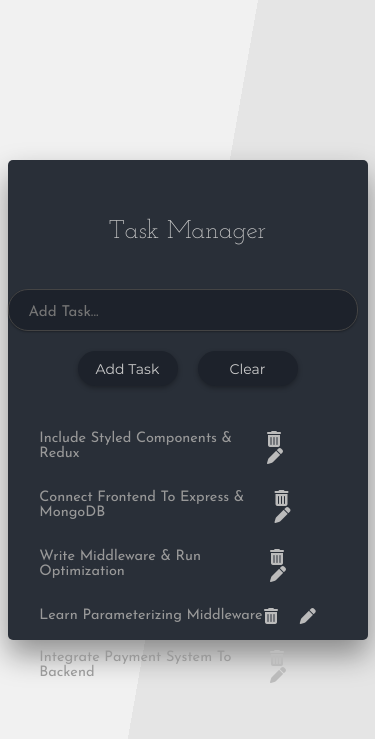
Repository: Kol124/react-task-manager
Page: /
These files come from the project's save history. The page is drawn as it stood at one moment and after the next save; the edit follows.
The browser window is 375 px wide. The pictures show the whole page.
Some web libraries are served in a nearby version. The project was rebuilt for these pictures with package versions that can differ from the ones it lists, and the page was loaded fresh each time.

Above is the page before, as saved 2021-06-22 20:29:59.

### public/index.html
<!DOCTYPE html>
<html lang="en">
  <head>
    <meta charset="utf-8" />
    <link rel="icon" href="%PUBLIC_URL%/favicon.ico" />
    <meta name="viewport" content="width=device-width, initial-scale=1" />
    <meta name="theme-color" content="#000000" />
    <meta
      name="description"
      content="Web site created using create-react-app"
    />
    <link rel="apple-touch-icon" href="%PUBLIC_URL%/logo192.png" />
    <!--
      manifest.json provides metadata used when your web app is installed on a
      user's mobile device or desktop. See https://developers.google.com/web/fundamentals/web-app-manifest/
    -->
    <link rel="manifest" href="%PUBLIC_URL%/manifest.json" />
    <!--
      Notice the use of %PUBLIC_URL% in the tags above.
      It will be replaced with the URL of the `public` folder during the build.
      Only files inside the `public` folder can be referenced from the HTML.

      Unlike "/favicon.ico" or "favicon.ico", "%PUBLIC_URL%/favicon.ico" will
      work correctly both with client-side routing and a non-root public URL.
      Learn how to configure a non-root public URL by running `npm run build`.
    -->
    <title>React App</title>
  </head>
  <body>
    <noscript>You need to enable JavaScript to run this app.</noscript>
    <div id="root"></div>
    <!--
      This HTML file is a template.
      If you open it directly in the browser, you will see an empty page.

      You can add webfonts, meta tags, or analytics to this file.
      The build step will place the bundled scripts into the <body> tag.

      To begin the development, run `npm start` or `yarn start`.
      To create a production bundle, use `npm run build` or `yarn build`.
    -->
  </body>
  <script
    src="https://kit.fontawesome.com/0a37ebcd2b.js"
    crossorigin="anonymous"
  ></script>
</html>

### src/App.js
import "./App.css";
import React from "react";
import Header from "./components/Header";
import TaskForm from "./components/TaskForm";
import TaskList from "./components/TaskList";
import TaskContextProvider from "./context/TaskContext";

function App() {
  return (
    <TaskContextProvider>
      <div className="container">
        <div className="app-wrapper">
          <Header />
          <div className="main">
            <TaskForm />
            <TaskList />
          </div>
        </div>
      </div>
    </TaskContextProvider>
  );
}

export default App;

### src/App.css
@import url("fonts.css");

* {
  margin: 0;
  padding: 0;
  box-sizing: inherit;
}

html {
  box-sizing: border-box;
  font-size: 62.5%;

  @media only screen and (max-width: 480px) {
    font-size: 50%;
  }
}

.container {
  width: 100%;
  height: 100vh;
  display: flex;
  align-items: center;
  justify-content: center;
  background: linear-gradient(100deg, #f1f1f1 50%, #e5e5e5 0);
}

.app-wrapper {
  background-color: #292f38;
  /* width: 25%; */
  width: 45rem;
  height: 60rem;
  padding: 3rem;
  border-radius: 5px;
  box-shadow: 0 15px 30px rgba(0, 0, 0, 0.4);

  @media only screen and (max-width: 480px) {
    font-size: 40%;
  }
}

.header .main-header {
  font-family: "Josefin Slab", serif;
  text-align: center;
  font-size: 3.2rem;
  color: #ccc;
  font-weight: 300;
  margin: 35px 20px 45px 20px;
}

.main {
  display: flex;
  flex-direction: column;
  align-items: space-between;
  margin-bottom: 5.5rem;
  width: 100%;
}

.form {
  display: flex;
  flex-direction: column;
  justify-content: center;
  align-items: center;
  margin-bottom: 15px;
}

.list {
  width: 95%;
  margin: auto;
  max-height: 300px;
  overflow: hidden;
  overflow-y: auto;
}

/* width */
::-webkit-scrollbar {
  width: 7px;
}

/* Track */
::-webkit-scrollbar-track {
  border-radius: 10px;
  background-color: #aaa;
}

/* Handle */
::-webkit-scrollbar-thumb {
  background: #444;
  border-radius: 10px;
}

.task-input {
  width: 350px;
  min-width: 250px;
  padding: 15px 10px 10px 20px;
  margin: 0 10px 10px 0;
  font-family: "Josefin Sans", serif;
  font-size: 15px;
  color: #ccc;
  background-color: #1d222b;
  border: 1px solid #444;
  outline: none;
  border-radius: 20px;
  box-shadow: 0 1px 2px rgba(0, 0, 0, 0.3);
}

.buttons {
  display: flex;
}

.btn {
  margin: 10px;
}

.add-task-btn {
  min-width: 100px;
  background-color: #1d222b;
  color: #ccc;
  border: none;
  font-family: "Montserrat", sans-serif;
  font-size: 14px;
  border-radius: 20px;
  box-shadow: 0 2px 5px rgba(0, 0, 0, 0.3);
  outline: none;
  cursor: pointer;
}

.list-item {
  display: flex;
  justify-content: space-between;
  margin: 20px 0;
  padding-bottom: 5px;
}

.list-item span {
  font-family: "Josefin Sans", sans-serif;
  color: #999;
  font-size: 14.5px;
  text-transform: capitalize;
}

.task-btn {
  cursor: pointer;
  background-color: transparent;
  border: none;
  outline: none;
}

.btn-delete i {
  font-size: 16px;
  color: #bbb;
  margin-right: 20px;
}

.btn-edit i {
  font-size: 16px;
  color: #bbb;
  margin-right: 20px;
}

.clear-btn {
  width: 100px;
  height: 35px;
  background-color: #1d222b;
  color: #ccc;
  border: none;
  font-family: "Montserrat", sans-serif;
  font-size: 14px;
  border-radius: 20px;
  box-shadow: 0 2px 5px rgba(0, 0, 0, 0.3);
  outline: none;
  cursor: pointer;
}

.no-tasks {
  color: #777;
  text-align: center;
  font-family: "Montserrat", sans-serif;
  margin-top: 20px;
  font-size: 18px;
}

### src/components/Header.js
import React from "react";

const Header = () => {
  return (
    <div className="header">
      <h1 className="main-header">Task Manager</h1>
    </div>
  );
};

export default Header;

### src/components/TaskForm.js
import React, { useState, useContext, useEffect } from "react";
import { TaskContext } from "../context/TaskContext";

export default function TaskForm() {
  const { editItem, setEditItem, dispatch } = useContext(TaskContext);
  const [title, setTitle] = useState("");

  const handleSubmit = (e) => {
    e.preventDefault();
    if (editItem !== null) {
      dispatch({
        type: "EDIT_TASK",
        task: {
          title,
          id: editItem.id,
        },
      });
      setEditItem(null);
    } else {
      dispatch({
        type: "ADD_TASK",
        task: {
          title,
        },
      });
    }

    setTitle("");
  };

  useEffect(() => {
    if (editItem !== null) {
      setTitle(editItem.title);
      console.log(editItem);
    } else {
      setTitle("");
    }
  }, [editItem]);

  return (
    <form onSubmit={handleSubmit} className="form">
      <input
        type="text"
        placeholder="Add Task..."
        value={title}
        onChange={(e) => setTitle(e.target.value)}
        required
        className="task-input"
      />
      <div className="buttons">
        <button type="submit" className="btn add-task-btn">
          {editItem ? "Edit Task" : "Add Task"}
        </button>
        <button
          className="btn clear-btn"
          onClick={() => dispatch({ type: "CLEAR_TASK" })}
        >
          Clear
        </button>
      </div>
    </form>
  );
}

### src/components/TaskList.js
import React, { useContext } from "react";
import { TaskContext } from "../context/TaskContext";
import Task from "./Task";

export default function TaskList() {
  const { tasks } = useContext(TaskContext);

  return (
    <div>
      {tasks.length ? (
        <ul className="list">
          {tasks.map((task) => {
            return <Task task={task} key={task.id} />;
          })}
        </ul>
      ) : (
        <div className="no-tasks">No Tasks</div>
      )}
    </div>
  );
}

### src/context/TaskContext.js
import React, { createContext, useState, useReducer, useEffect } from "react";
import TaskReducer from "../reducer/TaskReducer";

export const TaskContext = createContext();

export default function TaskContextProvider(props) {
  const [tasks, dispatch] = useReducer(TaskReducer, [
    { title: "Include styled components & redux", id: 1 },
    { title: "Connect frontend to express & mongoDB", id: 2 },
    { title: "Write middleware & run optimization", id: 3 },
    { title: "Learn parameterizing middleware", id: 4 },
    { title: "Integrate payment system to backend", id: 5 },
  ]);
  const [editItem, setEditItem] = useState(null);

  const findItem = (id) => {
    const item = tasks.find((task) => task.id === id);
    setEditItem(item);
  };

  useEffect(() => {
    console.log(tasks);
  });

  return (
    <TaskContext.Provider
      value={{ tasks, editItem, setEditItem, findItem, dispatch }}
    >
      {props.children}
    </TaskContext.Provider>
  );
}

### src/fonts.css
/* josefin-sans-300 - latin */
@font-face {
  font-family: "Josefin Sans";
  font-style: normal;
  font-weight: 300;
  src: url("./fonts/josefin-sans-v17-latin-300.eot"); /* IE9 Compat Modes */
  src: local(""),
    url("./fonts/josefin-sans-v17-latin-300.eot?#iefix")
      format("embedded-opentype"),
    /* IE6-IE8 */ url("./fonts/josefin-sans-v17-latin-300.woff2")
      format("woff2"),
    /* Super Modern Browsers */ url("./fonts/josefin-sans-v17-latin-300.woff")
      format("woff"),
    /* Modern Browsers */ url("./fonts/josefin-sans-v17-latin-300.ttf")
      format("truetype"),
    /* Safari, Android, iOS */
      url("./fonts/josefin-sans-v17-latin-300.svg#JosefinSans") format("svg"); /* Legacy iOS */
}
/* josefin-sans-regular - latin */
@font-face {
  font-family: "Josefin Sans";
  font-style: normal;
  font-weight: 400;
  src: url("./fonts/josefin-sans-v17-latin-regular.eot"); /* IE9 Compat Modes */
  src: local(""),
    url("./fonts/josefin-sans-v17-latin-regular.eot?#iefix")
      format("embedded-opentype"),
    /* IE6-IE8 */ url("./fonts/josefin-sans-v17-latin-regular.woff2")
      format("woff2"),
    /* Super Modern Browsers */
      url("./fonts/josefin-sans-v17-latin-regular.woff") format("woff"),
    /* Modern Browsers */ url("./fonts/josefin-sans-v17-latin-regular.ttf")
      format("truetype"),
    /* Safari, Android, iOS */
      url("./fonts/josefin-sans-v17-latin-regular.svg#JosefinSans")
      format("svg"); /* Legacy iOS */
}
/* josefin-sans-600 - latin */
@font-face {
  font-family: "Josefin Sans";
  font-style: normal;
  font-weight: 600;
  src: url("./fonts/josefin-sans-v17-latin-600.eot"); /* IE9 Compat Modes */
  src: local(""),
    url("./fonts/josefin-sans-v17-latin-600.eot?#iefix")
      format("embedded-opentype"),
    /* IE6-IE8 */ url("./fonts/josefin-sans-v17-latin-600.woff2")
      format("woff2"),
    /* Super Modern Browsers */ url("./fonts/josefin-sans-v17-latin-600.woff")
      format("woff"),
    /* Modern Browsers */ url("./fonts/josefin-sans-v17-latin-600.ttf")
      format("truetype"),
    /* Safari, Android, iOS */
      url("./fonts/josefin-sans-v17-latin-600.svg#JosefinSans") format("svg"); /* Legacy iOS */
}
/* josefin-sans-700 - latin */
@font-face {
  font-family: "Josefin Sans";
  font-style: normal;
  font-weight: 700;
  src: url("./fonts/josefin-sans-v17-latin-700.eot"); /* IE9 Compat Modes */
  src: local(""),
    url("./fonts/josefin-sans-v17-latin-700.eot?#iefix")
      format("embedded-opentype"),
    /* IE6-IE8 */ url("./fonts/josefin-sans-v17-latin-700.woff2")
      format("woff2"),
    /* Super Modern Browsers */ url("./fonts/josefin-sans-v17-latin-700.woff")
      format("woff"),
    /* Modern Browsers */ url("./fonts/josefin-sans-v17-latin-700.ttf")
      format("truetype"),
    /* Safari, Android, iOS */
      url("./fonts/josefin-sans-v17-latin-700.svg#JosefinSans") format("svg"); /* Legacy iOS */
}

/* josefin-slab-300 - latin */
@font-face {
  font-family: "Josefin Slab";
  font-style: normal;
  font-weight: 300;
  src: url("./fonts/josefin-slab-v13-latin-300.eot"); /* IE9 Compat Modes */
  src: local(""),
    url("./fonts/josefin-slab-v13-latin-300.eot?#iefix")
      format("embedded-opentype"),
    /* IE6-IE8 */ url("./fonts/josefin-slab-v13-latin-300.woff2")
      format("woff2"),
    /* Super Modern Browsers */ url("./fonts/josefin-slab-v13-latin-300.woff")
      format("woff"),
    /* Modern Browsers */ url("./fonts/josefin-slab-v13-latin-300.ttf")
      format("truetype"),
    /* Safari, Android, iOS */
      url("./fonts/josefin-slab-v13-latin-300.svg#JosefinSlab") format("svg"); /* Legacy iOS */
}
/* josefin-slab-regular - latin */
@font-face {
  font-family: "Josefin Slab";
  font-style: normal;
  font-weight: 400;
  src: url("./fonts/josefin-slab-v13-latin-regular.eot"); /* IE9 Compat Modes */
  src: local(""),
    url("./fonts/josefin-slab-v13-latin-regular.eot?#iefix")
      format("embedded-opentype"),
    /* IE6-IE8 */ url("./fonts/josefin-slab-v13-latin-regular.woff2")
      format("woff2"),
    /* Super Modern Browsers */
      url("./fonts/josefin-slab-v13-latin-regular.woff") format("woff"),
    /* Modern Browsers */ url("./fonts/josefin-slab-v13-latin-regular.ttf")
      format("truetype"),
    /* Safari, Android, iOS */
      url("./fonts/josefin-slab-v13-latin-regular.svg#JosefinSlab")
      format("svg"); /* Legacy iOS */
}
/* josefin-slab-600 - latin */
@font-face {
  font-family: "Josefin Slab";
  font-style: normal;
  font-weight: 600;
  src: url("./fonts/josefin-slab-v13-latin-600.eot"); /* IE9 Compat Modes */
  src: local(""),
    url("./fonts/josefin-slab-v13-latin-600.eot?#iefix")
      format("embedded-opentype"),
    /* IE6-IE8 */ url("./fonts/josefin-slab-v13-latin-600.woff2")
      format("woff2"),
    /* Super Modern Browsers */ url("./fonts/josefin-slab-v13-latin-600.woff")
      format("woff"),
    /* Modern Browsers */ url("./fonts/josefin-slab-v13-latin-600.ttf")
      format("truetype"),
    /* Safari, Android, iOS */
      url("./fonts/josefin-slab-v13-latin-600.svg#JosefinSlab") format("svg"); /* Legacy iOS */
}
/* josefin-slab-700 - latin */
@font-face {
  font-family: "Josefin Slab";
  font-style: normal;
  font-weight: 700;
  src: url("./fonts/josefin-slab-v13-latin-700.eot"); /* IE9 Compat Modes */
  src: local(""),
    url("./fonts/josefin-slab-v13-latin-700.eot?#iefix")
      format("embedded-opentype"),
    /* IE6-IE8 */ url("./fonts/josefin-slab-v13-latin-700.woff2")
      format("woff2"),
    /* Super Modern Browsers */ url("./fonts/josefin-slab-v13-latin-700.woff")
      format("woff"),
    /* Modern Browsers */ url("./fonts/josefin-slab-v13-latin-700.ttf")
      format("truetype"),
    /* Safari, Android, iOS */
      url("./fonts/josefin-slab-v13-latin-700.svg#JosefinSlab") format("svg"); /* Legacy iOS */
}

/* montserrat-300 - latin */
@font-face {
  font-family: "Montserrat";
  font-style: normal;
  font-weight: 300;
  src: url("./fonts/montserrat-v15-latin-300.eot"); /* IE9 Compat Modes */
  src: local(""),
    url("./fonts/montserrat-v15-latin-300.eot?#iefix")
      format("embedded-opentype"),
    /* IE6-IE8 */ url("./fonts/montserrat-v15-latin-300.woff2") format("woff2"),
    /* Super Modern Browsers */ url("./fonts/montserrat-v15-latin-300.woff")
      format("woff"),
    /* Modern Browsers */ url("./fonts/montserrat-v15-latin-300.ttf")
      format("truetype"),
    /* Safari, Android, iOS */
      url("./fonts/montserrat-v15-latin-300.svg#Montserrat") format("svg"); /* Legacy iOS */
}
/* montserrat-regular - latin */
@font-face {
  font-family: "Montserrat";
  font-style: normal;
  font-weight: 400;
  src: url("./fonts/montserrat-v15-latin-regular.eot"); /* IE9 Compat Modes */
  src: local(""),
    url("./fonts/montserrat-v15-latin-regular.eot?#iefix")
      format("embedded-opentype"),
    /* IE6-IE8 */ url("./fonts/montserrat-v15-latin-regular.woff2")
      format("woff2"),
    /* Super Modern Browsers */ url("./fonts/montserrat-v15-latin-regular.woff")
      format("woff"),
    /* Modern Browsers */ url("./fonts/montserrat-v15-latin-regular.ttf")
      format("truetype"),
    /* Safari, Android, iOS */
      url("./fonts/montserrat-v15-latin-regular.svg#Montserrat") format("svg"); /* Legacy iOS */
}
/* montserrat-500 - latin */
@font-face {
  font-family: "Montserrat";
  font-style: normal;
  font-weight: 500;
  src: url("./fonts/montserrat-v15-latin-500.eot"); /* IE9 Compat Modes */
  src: local(""),
    url("./fonts/montserrat-v15-latin-500.eot?#iefix")
      format("embedded-opentype"),
    /* IE6-IE8 */ url("./fonts/montserrat-v15-latin-500.woff2") format("woff2"),
    /* Super Modern Browsers */ url("./fonts/montserrat-v15-latin-500.woff")
      format("woff"),
    /* Modern Browsers */ url("./fonts/montserrat-v15-latin-500.ttf")
      format("truetype"),
    /* Safari, Android, iOS */
      url("./fonts/montserrat-v15-latin-500.svg#Montserrat") format("svg"); /* Legacy iOS */
}

### src/components/Task.js
import React, { useContext } from "react";
import { TaskContext } from "../context/TaskContext";

export default function Task({ task }) {
  const { findItem, dispatch } = useContext(TaskContext);

  return (
    <li className="list-item">
      <span>{task.title}</span>
      <div>
        <button
          className="btn-delete task-btn"
          onClick={() =>
            dispatch({ type: "REMOVE_TASK", task: { id: task.id } })
          }
        >
          <i className="fas fa-trash-alt"></i>
        </button>{" "}
        <button className="btn-edit task-btn" onClick={() => findItem(task.id)}>
          <i className="fas fa-pen"></i>
        </button>
      </div>
    </li>
  );
}

### src/reducer/TaskReducer.js
export default function TaskReducer(tasks, action) {
  switch (action.type) {
    case "ADD_TASK":
      return [
        ...tasks,
        {
          title: action.task.title,
          id: Math.random().toString(),
        },
      ];

    case "REMOVE_TASK":
      return tasks.filter((task) => task.id !== action.task.id);

    case "EDIT_TASK":
      return tasks.map((task) =>
        task.id === action.task.id
          ? { title: action.task.title, id: action.task.id }
          : task
      );

    case "CLEAR_TASK":
      return [];

    default:
      return tasks;
  }
}

Loaded but not shown: src/index.js (common file); src/index.css (common file); src/reportWebVitals.js (common file)

After the next save:
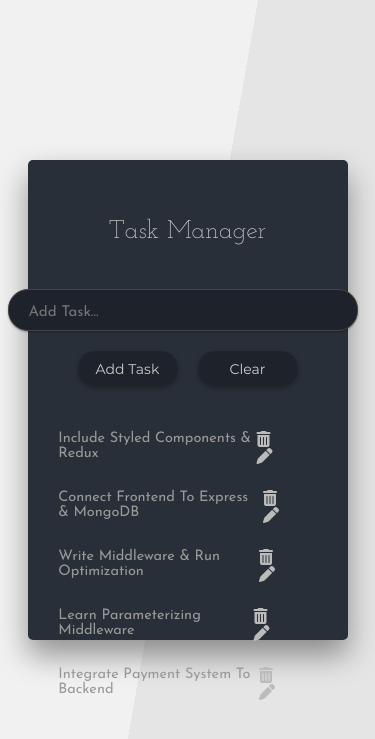
Saved 22 s later.
--- a/src/App.css
+++ b/src/App.css
@@ -34,7 +34,7 @@ html {
   box-shadow: 0 15px 30px rgba(0, 0, 0, 0.4);
 
   @media only screen and (max-width: 480px) {
-    font-size: 40%;
+    width: 40rem;
   }
 }
 
